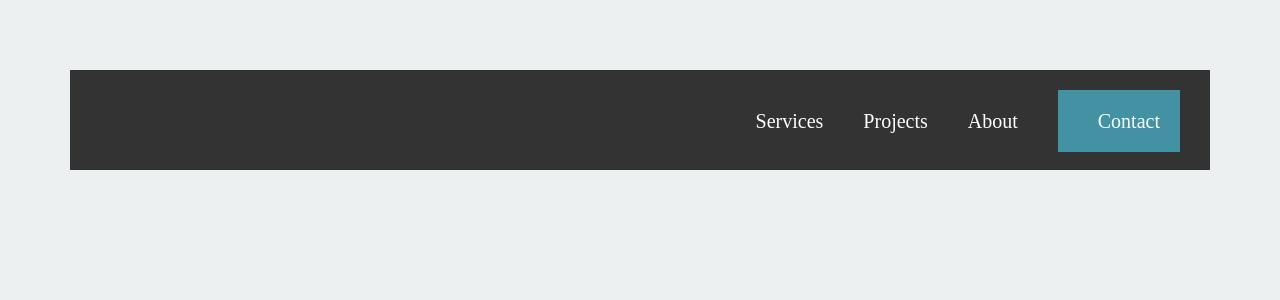
Repository: arifshahriyarnader/css-flexbox
Page: Exercise 1/index.html
The author's editor kept a copy of each file at every save. The page is drawn from the files as they stood at one save, then again after a run of saves.
The browser window is 1280 px wide. The pictures show the whole page.

Above is the page before, as saved 2024-06-15 16:04:52.

After the next 2 saves:
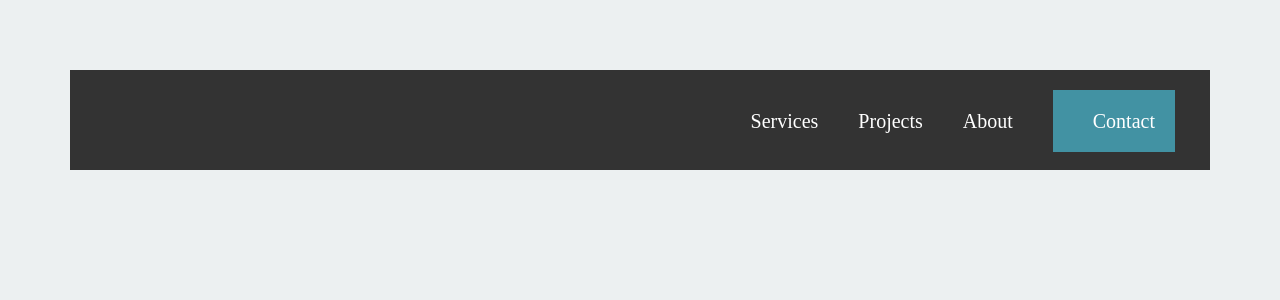
The 2 saves are shown as one change because they came seconds apart.
The last was saved 14 s later.
--- a/Exercise 1/css/style.css
+++ b/Exercise 1/css/style.css
@@ -23,7 +23,7 @@ body{
 .leftmenu_link ul{
     display: flex;
     gap:40px;
-    padding:40px 30px 30px 40px;
+    padding:40px 35px 35px 40px;
 
 }
 
